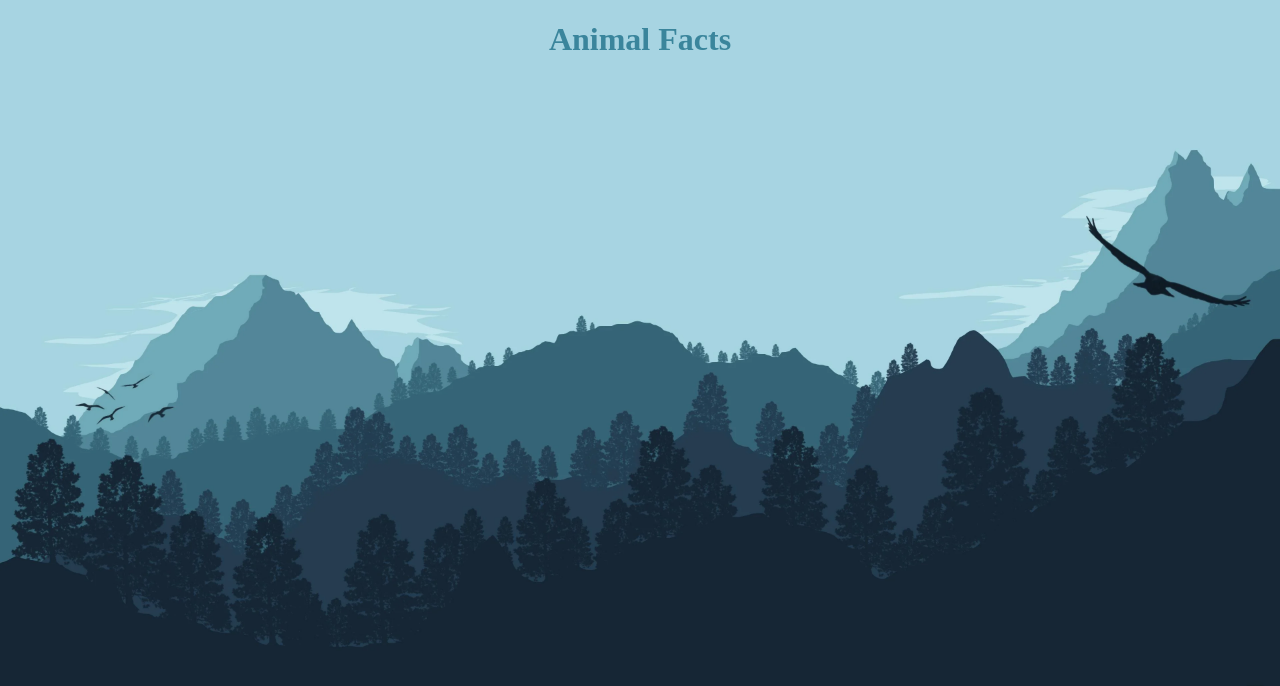
Repository: PixelPasta/Animal-Directory
Page: http://localhost/
The author's editor kept a copy of each file at every save. The page is drawn from the files as they stood at one save, then again after the next save.
The browser window is 1280 px wide. The pictures show the whole page.
The page is served by the project's Node server (index.js).

Above is the page before, as saved 2022-04-16 20:59:38.

### views/index.ejs
<!DOCTYPE html>
<html lang="en">
<head>
    <meta charset="UTF-8">
    <meta http-equiv="X-UA-Compatible" content="IE=edge">
    <meta name="viewport" content="width=device-width, initial-scale=1.0">
    <title>Document</title>
    <style>
    body{background-image: url('./wallpaper.png');
background-size: cover;
background-repeat: no-repeat;
}
    </style>
</head>
<body>
   <h1> <h1 style="font-family: fantasy; color: rgb(58, 133, 156);text-align: center;">Animal Facts</h1> </h1>
</body>
</html>

### index.js
const express = require('express')
const app = express()
const port = process.env.PORT || 5600

app.set('view engine', 'ejs')
app.listen(port, () => {
    console.log(`Listening to ${port}`)
})

app.get('/', async (req, res) => {
    return res.render('index')
})

app.get('/wallpaper.png', async (req, res) => {
    return res.sendFile(__dirname+'/walpaper.png')
})

After the next save:
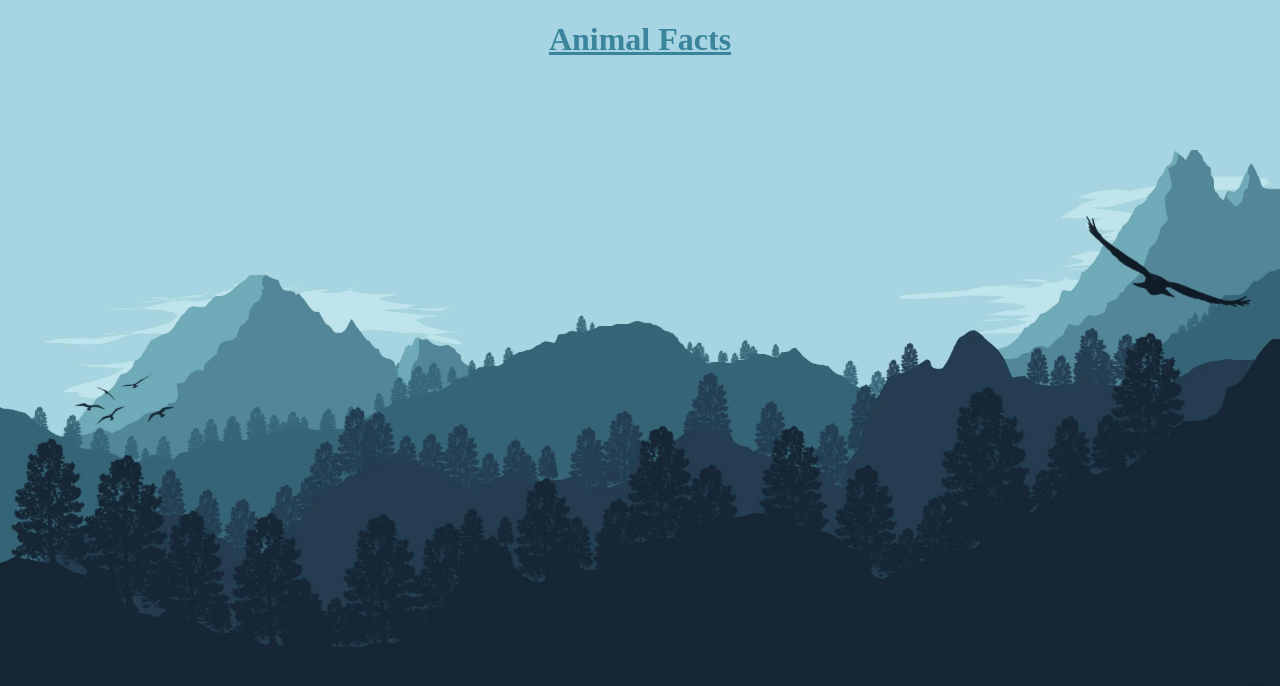
Saved 49 min 12 s later.
--- a/views/index.ejs
+++ b/views/index.ejs
@@ -13,6 +13,6 @@
     </style>
 </head>
 <body>
-   <h1> <h1 style="font-family: fantasy; color: rgb(58, 133, 156);text-align: center;">Animal Facts</h1> </h1>
+   <h1> <h1 style="font-family: fantasy; color: rgb(58, 133, 156);text-align: center;text-decoration: underline;">Animal Facts</h1> </h1>
 </body>
 </html>
